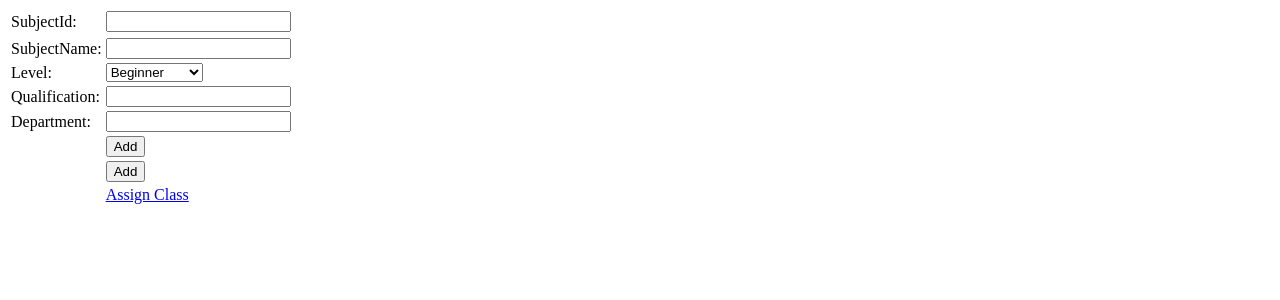
Repository: revanthkumar-paka/LearnersApp
Page: LearnersApp/src/main/webapp/MySubjects.html
These files come from the project's save history. The page is drawn as it stood at one moment and after the next save; the edit follows.
The browser window is 1280 px wide. The pictures show the whole page.

Above is the page before, as saved 2022-04-25 02:58:47.

After the next save:
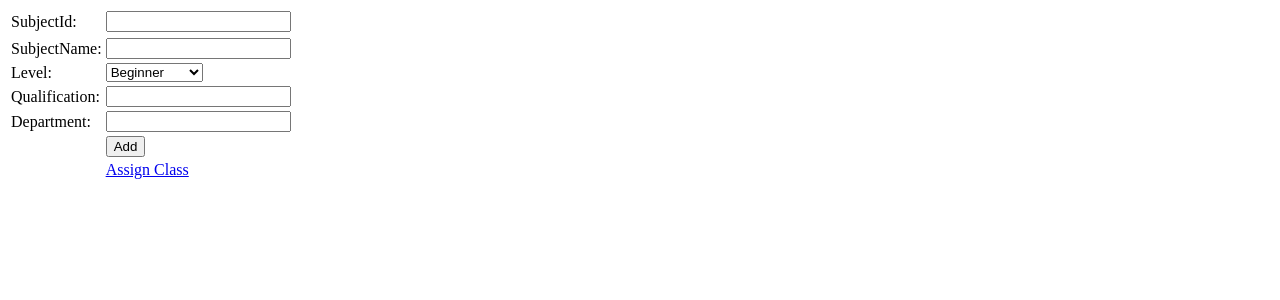
Saved 74 s later.
--- a/LearnersApp/src/main/webapp/MySubjects.html
+++ b/LearnersApp/src/main/webapp/MySubjects.html
@@ -43,11 +43,6 @@ Qualification:
 <tr>
 <td></td>
 <td><input type="submit" value="Add"></td>
-</tr>
-<tr>
-<td></td>
-<td><input type="submit" value="Add"></td>
-</tr>
 <tr>
 <td></td>
 <td><a href="MySubjects.jsp">Assign Class</a></td>
